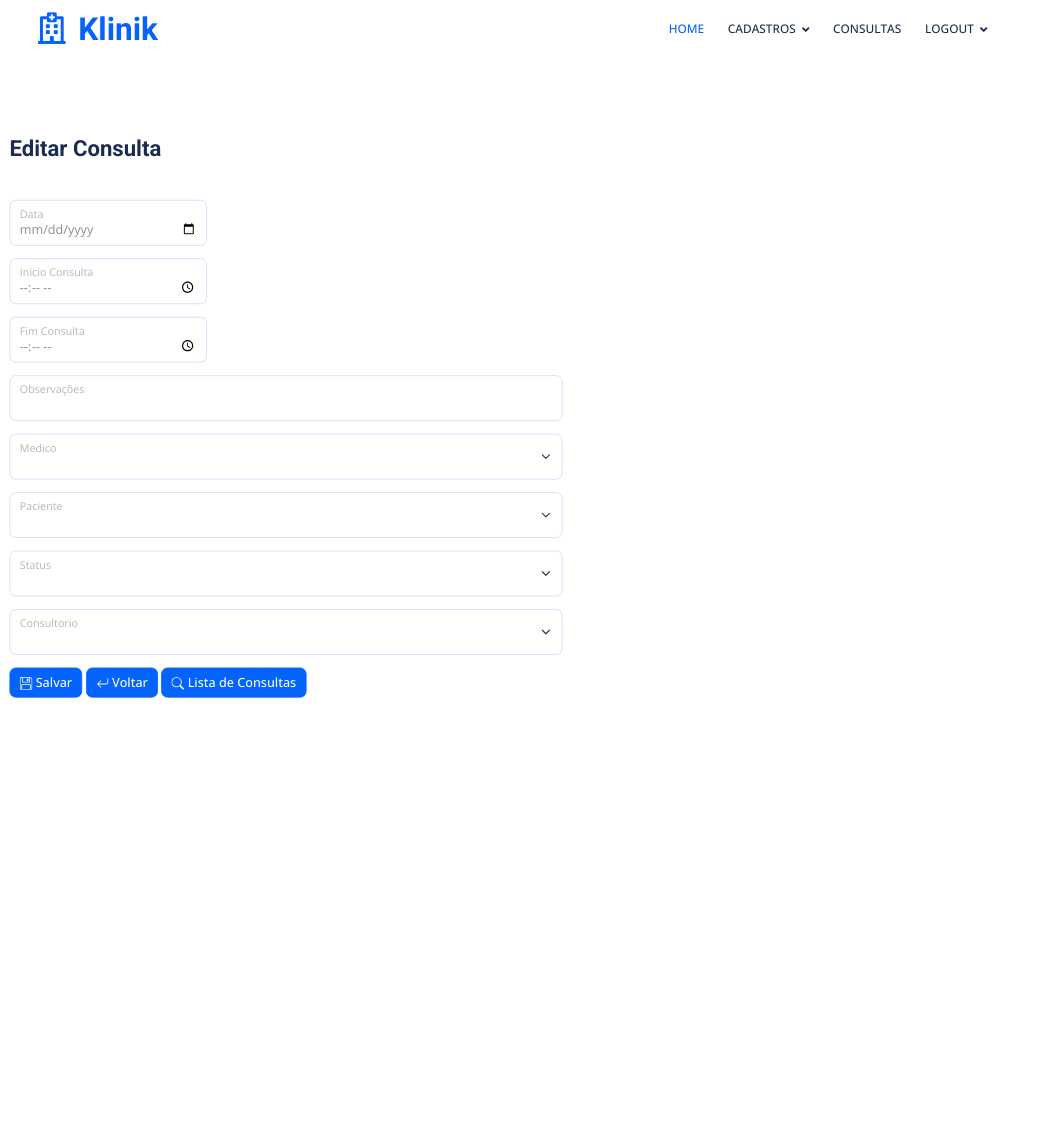
Repository: henrickrufino91/AgendaConsultas
Page: http://localhost/consulta/editarConsulta
These files come from the project's save history. The page is drawn as it stood at one moment and after the next save; the edit follows.
The browser window is 1280 px wide. The page is 1331 px wide, so the pictures cover 1331 px, including what lies to the right of the window. The pictures show the whole page, at 79% of full size.
Some web libraries are served in a nearby version. The page is this project's Thymeleaf template; nobody is signed in. The template is opened directly, without the code that normally fills it, so the values that code supplies are empty.

Above is the page before, as saved 2024-12-27 18:32:07.

After the next save:
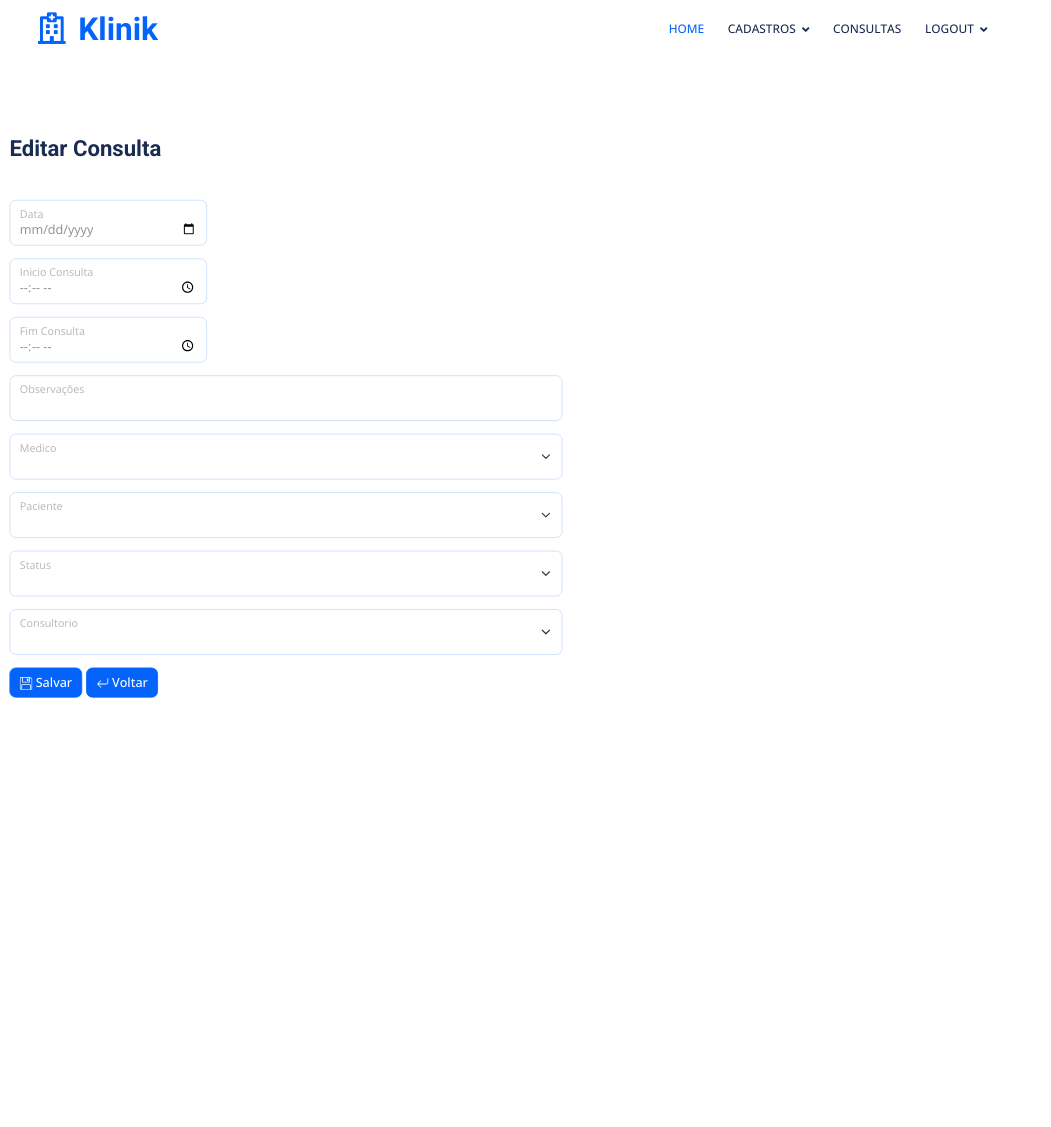
Saved 23 s later.
--- a/clinica/src/main/resources/templates/consulta/editarConsulta.html
+++ b/clinica/src/main/resources/templates/consulta/editarConsulta.html
@@ -199,14 +199,10 @@
 											</svg>  Salvar</button>
 
 
-                                            <a class="btn btn-primary" th:href="@{/index}"><svg xmlns="http://www.w3.org/2000/svg" width="16" height="16" fill="currentColor" class="bi bi-arrow-return-left" viewBox="0 0 16 16">
+                                            <a class="btn btn-primary" th:href="@{/listarConsultas}"><svg xmlns="http://www.w3.org/2000/svg" width="16" height="16" fill="currentColor" class="bi bi-arrow-return-left" viewBox="0 0 16 16">
   											<path fill-rule="evenodd" d="M14.5 1.5a.5.5 0 0 1 .5.5v4.8a2.5 2.5 0 0 1-2.5 2.5H2.707l3.347 3.346a.5.5 0 0 1-.708.708l-4.2-4.2a.5.5 0 0 1 0-.708l4-4a.5.5 0 1 1 .708.708L2.707 8.3H12.5A1.5 1.5 0 0 0 14 6.8V2a.5.5 0 0 1 .5-.5"/>
 											</svg> Voltar</a>
 
-
-                                            <a class="btn btn-primary" th:href="@{/listarConsultas}"><svg xmlns="http://www.w3.org/2000/svg" width="16" height="16" fill="currentColor" class="bi bi-search" viewBox="0 0 16 16">
-  											<path d="M11.742 10.344a6.5 6.5 0 1 0-1.397 1.398h-.001q.044.06.098.115l3.85 3.85a1 1 0 0 0 1.415-1.414l-3.85-3.85a1 1 0 0 0-.115-.1zM12 6.5a5.5 5.5 0 1 1-11 0 5.5 5.5 0 0 1 11 0"/>
-											</svg> Lista de Consultas</a>
 
 
 
